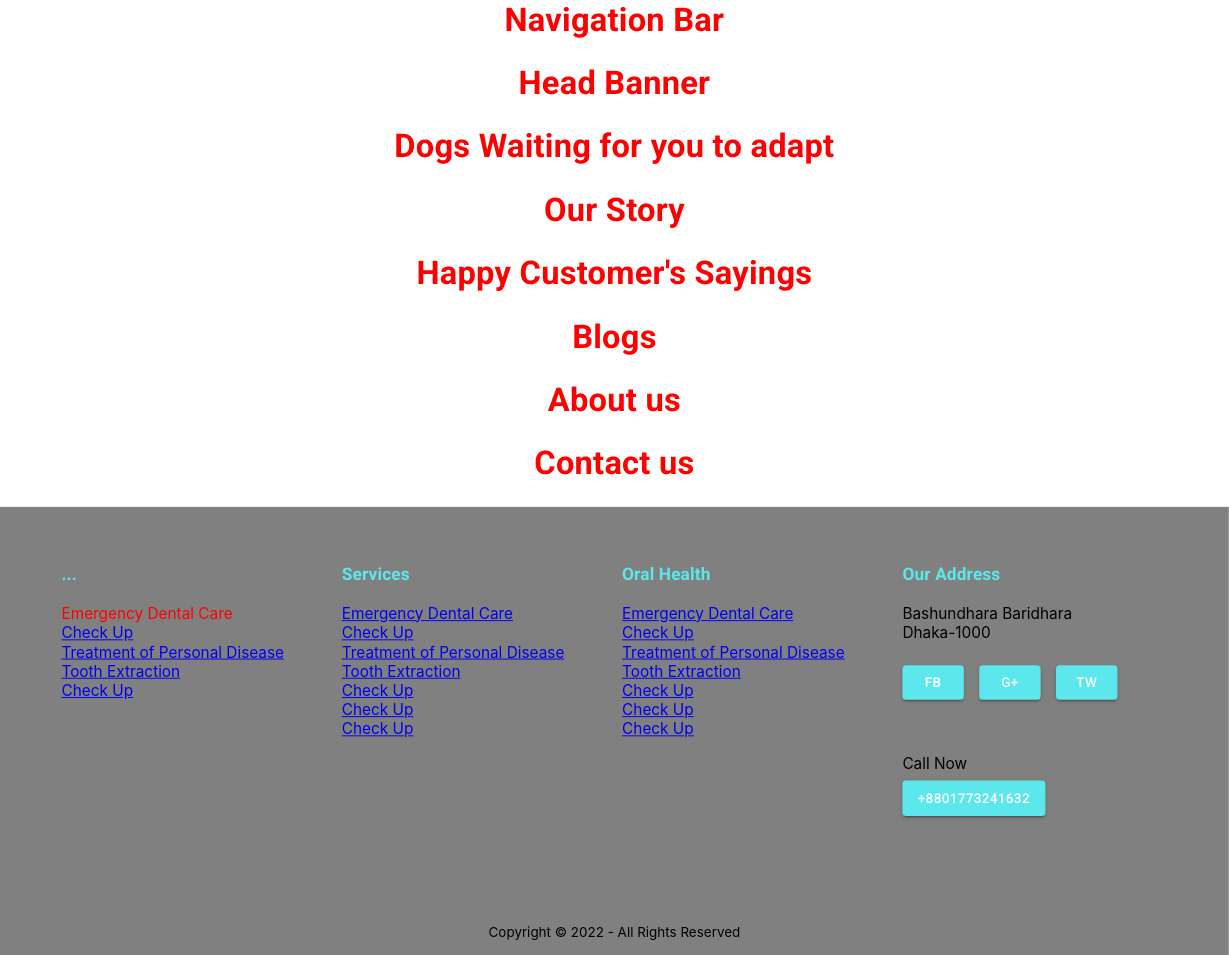
Repository: Sharif-00112/dogos-paradise-client
Page: /
The author's editor kept a copy of each file at every save. The page is drawn from the files as they stood at one save, then again after the next save.
The browser window is 1280 px wide. The pictures show the whole page, at 96% of full size.
The project was rebuilt for these pictures with package versions that can differ from the ones it lists, and the page was loaded fresh each time. Also part of the build but not shown: src/Pages/Login/Login/Login.js, src/Pages/Login/Register/Register.js, src/Pages/NotFound/NotFound.js.

Above is the page before, as saved 2022-11-30 22:32:15.

After the next save:
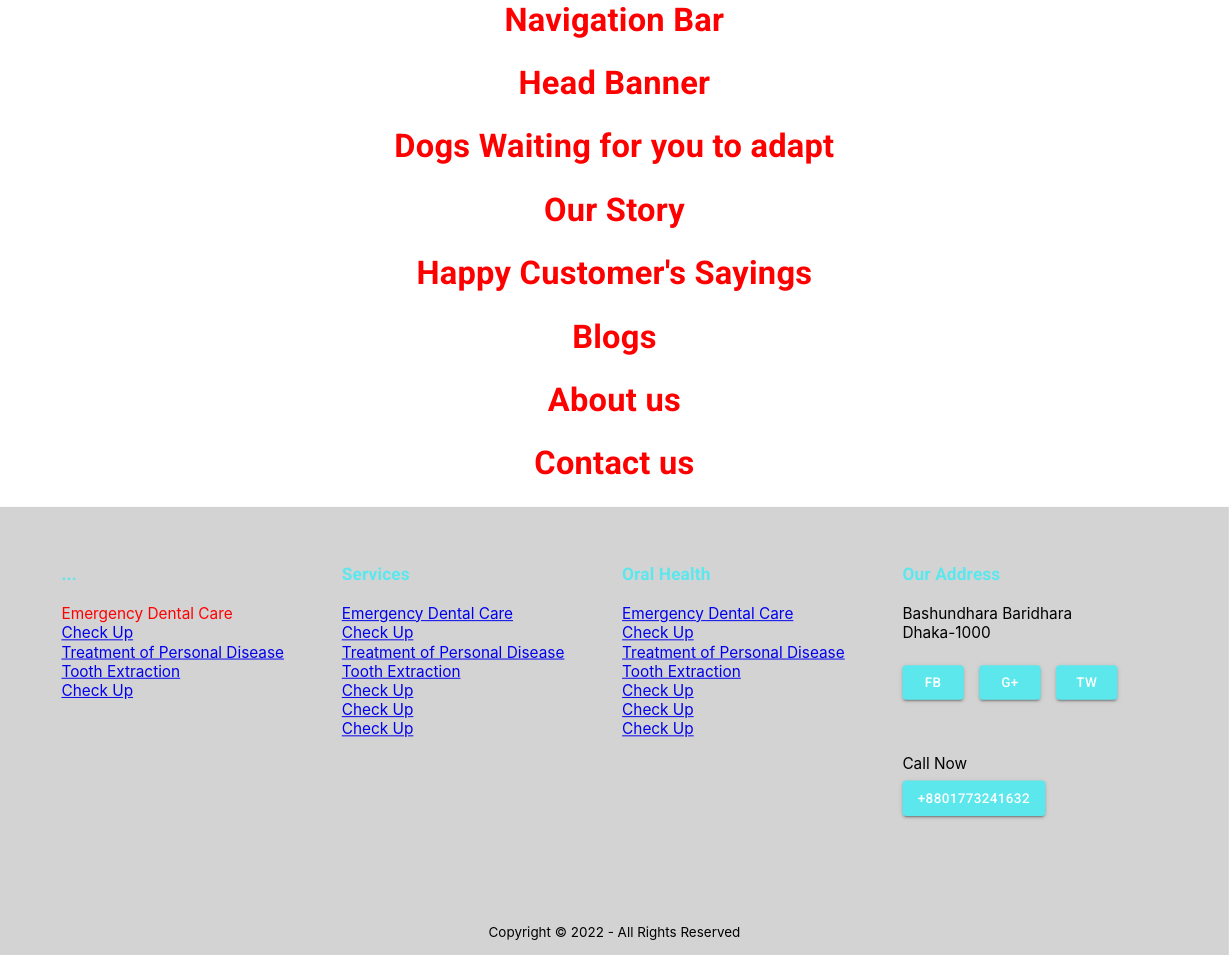
Saved 16 s later.
--- a/src/Pages/Shared/Footer/Footer.js
+++ b/src/Pages/Shared/Footer/Footer.js
@@ -15,7 +15,7 @@ const Footer = () => {
         //     </Typography>
         // </div>
 
-        <div style={{ backgroundColor: 'gray' }}>
+        <div style={{ backgroundColor: 'lightgray' }}>
         <Container sx={{ py: 5 }}>
             <Box sx={{ flexGrow: 1 }}>
                 <Grid container spacing={2}>
